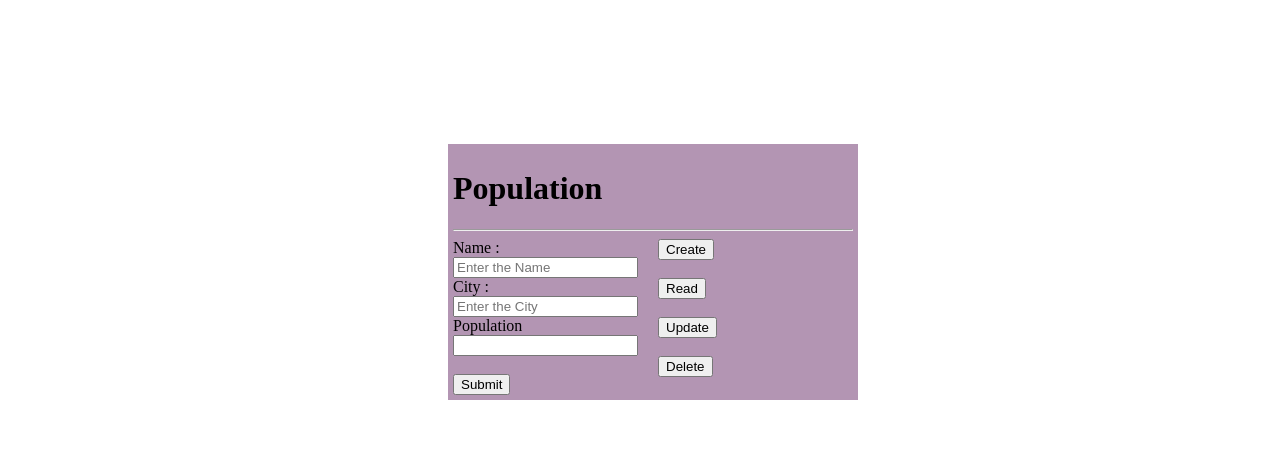
Repository: ponmalar24/Microservice_Bootcamp_SpringbootProject
Page: userform/src/main/resources/static/index.html
The author's editor kept a copy of each file at every save. The page is drawn from the files as they stood at one save, then again after the next save.
The browser window is 1280 px wide. The pictures show the whole page.

Above is the page before, as saved 2022-04-28 16:46:53.

After the next save:
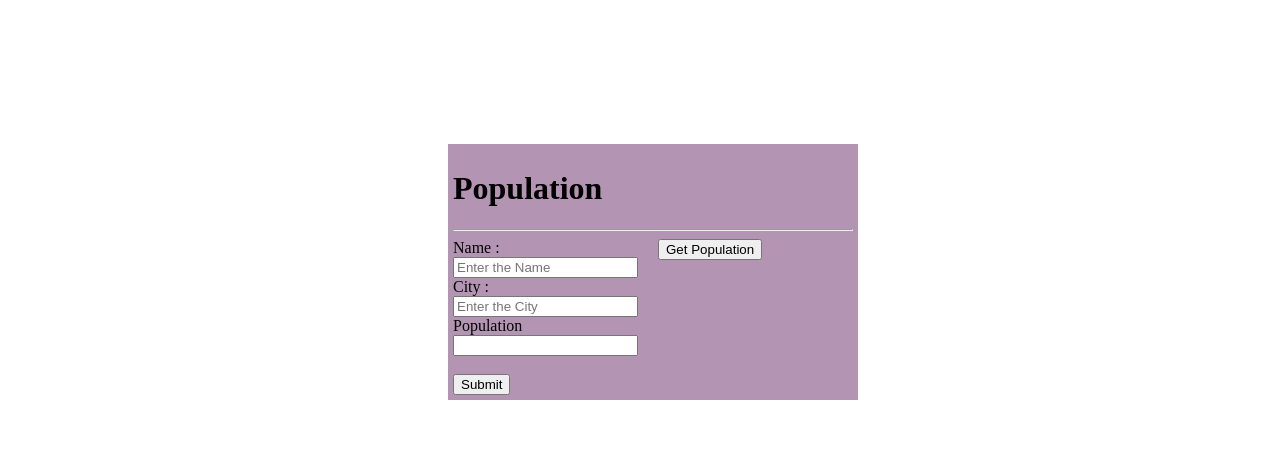
Console error (its wording comes from the project's code and is left out).
Saved 2 min 17 s later.
--- a/userform/src/main/resources/static/index.html
+++ b/userform/src/main/resources/static/index.html
@@ -56,23 +56,8 @@
         <div class="CRUD-btns">
 
         <form action="Create">
-           <button onclick="">Create</button>
+           <button onclick="/city/{city}">Get Population</button>
         </form><br>
-
-        <form action="Read">
-            <button>Read</button>
-         </form><br>
-
-         <form action="Update">
-            <button>Update</button>
-         </form><br>
-
-         <form action="Delete">
-            <button>Delete</button>
-         </form>
-        </div>
-
-
 
 </body>
 </html>

After the save that followed:
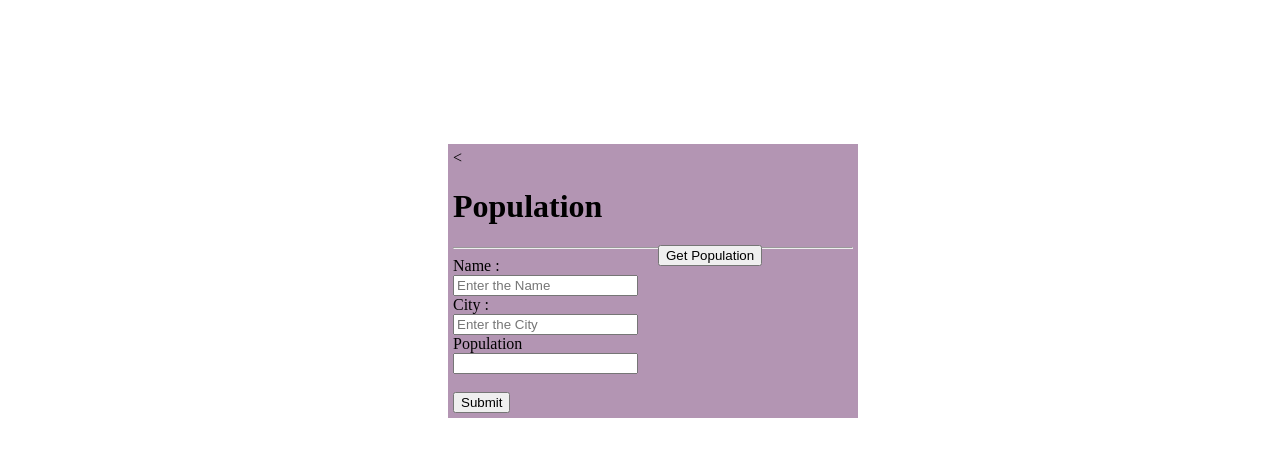
The error is gone.
Saved 4 min 39 s later.
--- a/userform/src/main/resources/static/index.html
+++ b/userform/src/main/resources/static/index.html
@@ -30,8 +30,8 @@
 <body>
 
     <div class="container">
-        <form method="post">
-
+        <form method="GET" action:"/city/{city}">
+           <
             <h1>Population</h1>
             <hr>
             Name  :
@@ -56,7 +56,7 @@
         <div class="CRUD-btns">
 
         <form action="Create">
-           <button onclick="/city/{city}">Get Population</button>
+           <button onclick="">Get Population</button>
         </form><br>
 
 </body>
